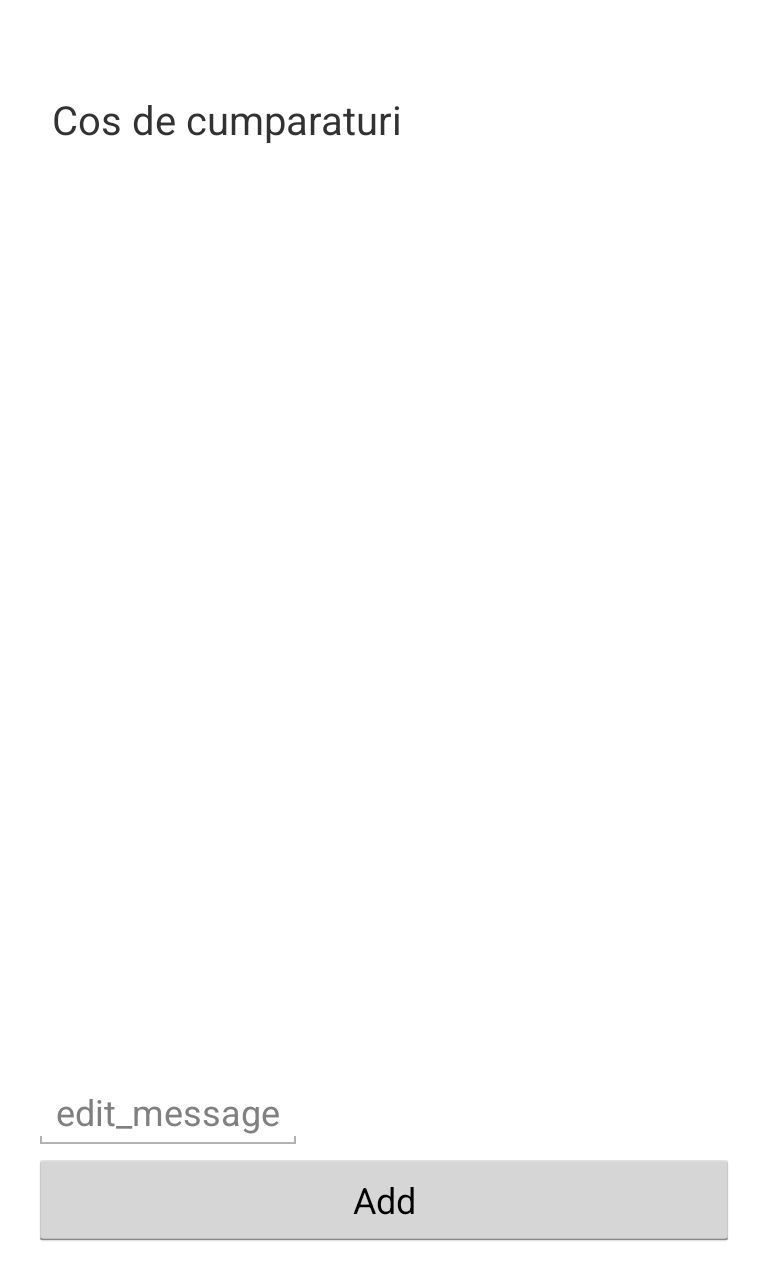
Repository: andreeacarmen/AndroidApp
Layout: MyApp/res/layout/new_activity.xml
An editor plug-in stored every save of this project. The layout is shown before and after the next save, followed by the edit.
It is drawn on a 768 x 1280 px phone screen (xhdpi) without system bars, with theme AppTheme; the app's code is not run. Lists and similar views that code fills are empty.

Above is the layout before, as saved 2014-07-02 10:09:37.

### MyApp/res/layout/new_activity.xml
<?xml version="1.0" encoding="utf-8"?>
<RelativeLayout xmlns:android="http://schemas.android.com/apk/res/android"
    xmlns:tools="http://schemas.android.com/tools"
    android:layout_width="match_parent"
    android:layout_height="match_parent"
    android:paddingBottom="@dimen/activity_vertical_margin"
    android:paddingLeft="@dimen/activity_horizontal_margin"
    android:paddingRight="@dimen/activity_horizontal_margin"
    android:paddingTop="@dimen/activity_vertical_margin" >

   	<TextView
   	    android:text="Cos de cumparaturi"
   	    android:textSize="20sp"
   	    android:layout_marginTop="30dp"
   	    android:layout_marginLeft="10dp"
   	    android:layout_width="wrap_content"
   	    android:layout_height="wrap_content"
   	    />

   <ListView
        android:id="@android:id/list"
        android:layout_width="fill_parent"
        android:layout_height="wrap_content"
       >
	</ListView>

   <EditText android:id="@+id/edit_message"
       	android:layout_above="@+id/button2"
        android:layout_width="wrap_content"
        android:layout_height="wrap_content"
        android:hint="edit_message"
        />

   <Button
       android:id="@+id/button2"
       android:layout_alignParentBottom="true"
       android:layout_width="match_parent"
       android:layout_height="wrap_content"
       android:text="Add"
     />

</RelativeLayout>

Loaded but not shown: MyApp/res/values/styles.xml (common file); MyApp/res/values-v11/styles.xml (common file); MyApp/res/values-v14/styles.xml (common file); MyApp/res/values/dimens.xml (common file)

After the next save:
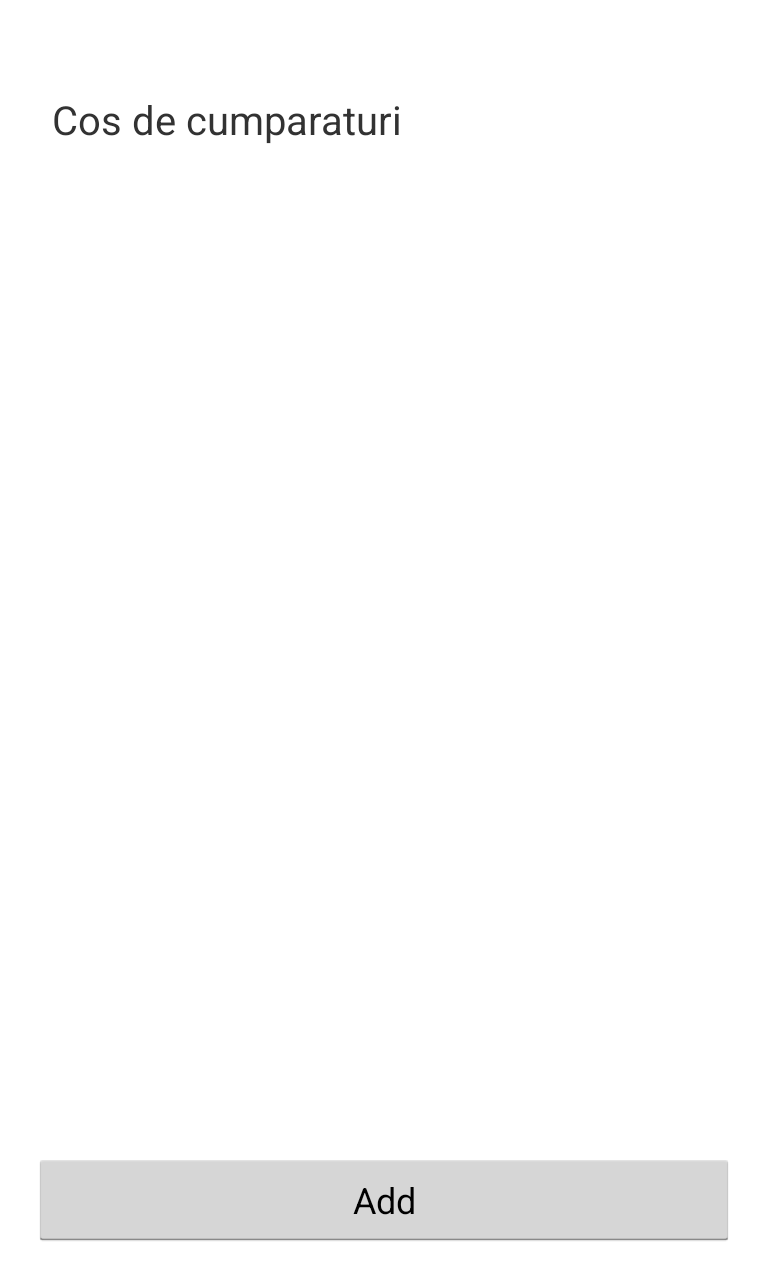
Saved 48 s later.
--- a/MyApp/res/layout/new_activity.xml
+++ b/MyApp/res/layout/new_activity.xml
@@ -24,13 +24,6 @@
        >
 	</ListView>
 
-   <EditText android:id="@+id/edit_message"
-       	android:layout_above="@+id/button2"
-        android:layout_width="wrap_content"
-        android:layout_height="wrap_content"
-        android:hint="edit_message"
-        />
-
    <Button
        android:id="@+id/button2"
        android:layout_alignParentBottom="true"
